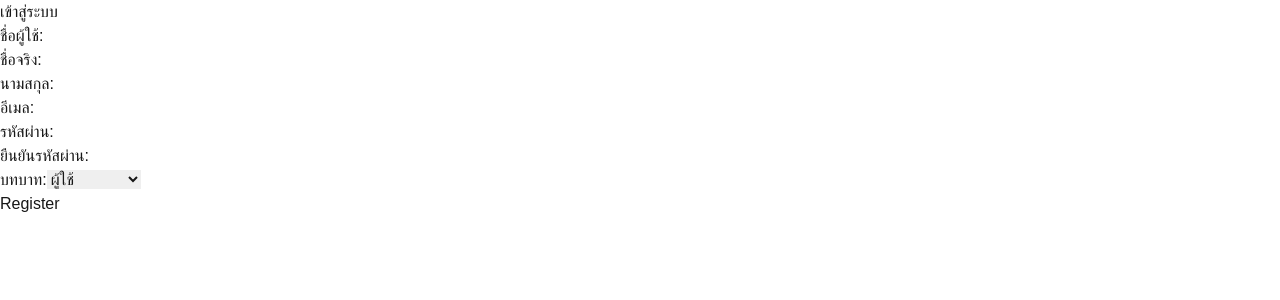
Repository: narawit101/project
Page: /login (app in frontend/)
The author's editor kept a copy of each file at every save. The page is drawn from the files as they stood at one save, then again after the next save.
The browser window is 1280 px wide. The pictures show the whole page.
The project was rebuilt for these pictures with package versions that can differ from the ones it lists, and the page was loaded fresh each time. The framework's server and built-in components were replaced by stand-ins that run in the browser. Also part of the build but not shown: frontend/next.config.mjs.

Above is the page before, as saved 2025-01-20 14:55:58.

### frontend/src/app/login/page.jsx
import React from 'react'
import Login from '../components/Login'

export default function page() {
  return (
    <Login></Login>
  )
}

### frontend/src/app/components/Login.jsx
'use client'
import React, { useState } from 'react';

export default function Register() {
  const [formData, setFormData] = useState({
    user_name: '',
    first_name: '',
    last_name: '',
    email: '',
    password: '',
    confirmPassword: '',
    role: 'customer'
  });

  const handleChange = (e) => {
    const { name, value } = e.target;
    setFormData({
      ...formData,
      [name]: value
    });
  };

  const handleSubmit = async (e) => {
    e.preventDefault();
    if (formData.password.length < 10) {
      alert('รหัสผ่านต้องมีอย่างน้อย 10 ตัวอักษร');
      return;
    }
    if (formData.password !== formData.confirmPassword) {
      alert('รหัสผ่านและการยืนยันรหัสผ่านไม่ตรงกัน');
      return;
    }
    try {
      console.log('Sending data:', formData); // เพิ่ม log ข้อมูลที่จะส่ง

      const response = await fetch('http://localhost:5000/register', {
        method: 'POST',
        headers: {
          'Content-Type': 'application/json'
        },
        body: JSON.stringify({
          user_name: formData.user_name,
          first_name: formData.first_name,
          last_name: formData.last_name,
          email: formData.email,
          password: formData.password,
          role: formData.role
        })
      });

      console.log('Response status:', response.status); // เพิ่ม log สถานะการตอบกลับ

      if (!response.ok) {
        const errorData = await response.json();
        console.error('Server Error:', errorData);
        alert(`ข้อผิดพลาด: ${errorData.message || 'การลงทะเบียนล้มเหลว'}`);
      } else {
        const data = await response.json();
        console.log('Success:', data); // เพิ่ม log ข้อมูลที่ได้รับ
        alert('ลงทะเบียนผู้ใช้สำเร็จ');
        // รีเซ็ตฟอร์มหลังจากส่งข้อมูลสำเร็จ
        setFormData({
          user_name: '',
          first_name: '',
          last_name: '',
          email: '',
          password: '',
          confirmPassword: '',
          role: 'customer'
        });
      }
    } catch (error) {
      console.error('Error:', error);
      alert('เกิดข้อผิดพลาดระหว่างการลงทะเบียน');
    }
  };

  return (
    <div>
      <h2>เข้าสู่ระบบ</h2>
      <form onSubmit={handleSubmit}>
        <div>
          <label htmlFor="user_name">ชื่อผู้ใช้:</label>
          <input type="text" id="user_name" name="user_name" value={formData.user_name} onChange={handleChange} />
        </div>
        <div>
          <label htmlFor="first_name">ชื่อจริง:</label>
          <input type="text" id="first_name" name="first_name" value={formData.first_name} onChange={handleChange} />
        </div>
        <div>
          <label htmlFor="last_name">นามสกุล:</label>
          <input type="text" id="last_name" name="last_name" value={formData.last_name} onChange={handleChange} />
        </div>
        <div>
          <label htmlFor="email">อีเมล:</label>
          <input type="email" id="email" name="email" value={formData.email} onChange={handleChange} />
        </div>
        <div>
          <label htmlFor="password">รหัสผ่าน:</label>
          <input type="password" id="password" name="password" value={formData.password} onChange={handleChange} />
        </div>
        <div>
          <label htmlFor="confirmPassword">ยืนยันรหัสผ่าน:</label>
          <input type="password" id="confirmPassword" name="confirmPassword" value={formData.confirmPassword} onChange={handleChange} />
        </div>
        <div>
          <label htmlFor="role">บทบาท:</label>
          <select id="role" name="role" value={formData.role} onChange={handleChange}>
            <option value="customer">ผู้ใช้</option>
            <option value="field_owner">เจ้าของสนาม</option>
            {/* <option value="admin">Admin</option> */}
          </select>
        </div>
        <button type="submit">Register</button>
      </form>
    </div>
  );
}

Loaded but not shown: frontend/src/app/layout.jsx (common file); frontend/src/app/globals.css (common file); frontend/tailwind.config.mjs (common file)

After the next save:
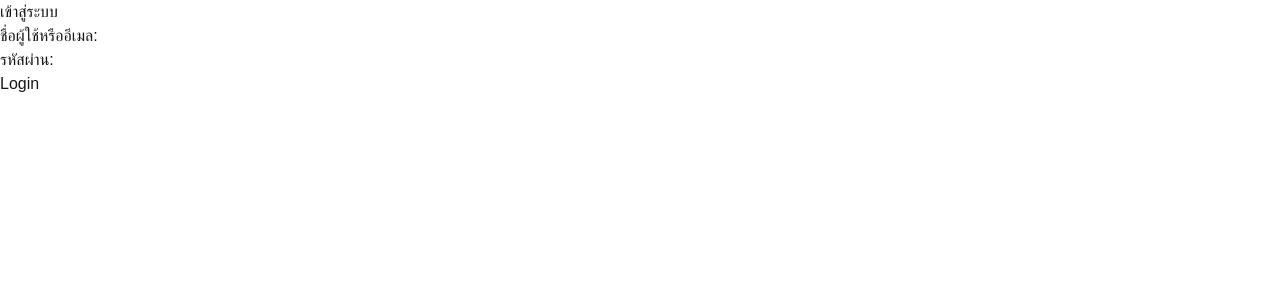
Saved 8 min 12 s later.
--- a/frontend/src/app/components/Login.jsx
+++ b/frontend/src/app/components/Login.jsx
@@ -1,117 +1,72 @@
-'use client'
+'use client';
 import React, { useState } from 'react';
 
-export default function Register() {
+export default function Login() {
   const [formData, setFormData] = useState({
-    user_name: '',
-    first_name: '',
-    last_name: '',
-    email: '',
-    password: '',
-    confirmPassword: '',
-    role: 'customer'
+    identifier: '', // รองรับทั้ง username และ email
+    password: '', // รหัสผ่าน
   });
 
+  const [message, setMessage] = useState(''); // ข้อความแจ้งเตือน
+
   const handleChange = (e) => {
-    const { name, value } = e.target;
-    setFormData({
-      ...formData,
-      [name]: value
-    });
+    const { name, value } = e.target; // ดึงชื่อฟิลด์และค่าจาก input
+    setFormData({ ...formData, [name]: value }); // อัปเดตข้อมูลใน state
   };
 
   const handleSubmit = async (e) => {
-    e.preventDefault();
-    if (formData.password.length < 10) {
-      alert('รหัสผ่านต้องมีอย่างน้อย 10 ตัวอักษร');
-      return;
-    }
-    if (formData.password !== formData.confirmPassword) {
-      alert('รหัสผ่านและการยืนยันรหัสผ่านไม่ตรงกัน');
-      return;
-    }
+    e.preventDefault(); // ป้องกันการ refresh หน้าเว็บ
+
     try {
-      console.log('Sending data:', formData); // เพิ่ม log ข้อมูลที่จะส่ง
-
-      const response = await fetch('http://localhost:5000/register', {
-        method: 'POST',
+      const response = await fetch('http://localhost:5000/login', {
+        method: 'POST', // ใช้ HTTP POST สำหรับส่งข้อมูล
         headers: {
-          'Content-Type': 'application/json'
+          'Content-Type': 'application/json', // ระบุว่าเราส่งข้อมูลแบบ JSON
         },
-        body: JSON.stringify({
-          user_name: formData.user_name,
-          first_name: formData.first_name,
-          last_name: formData.last_name,
-          email: formData.email,
-          password: formData.password,
-          role: formData.role
-        })
+        body: JSON.stringify(formData), // ส่งข้อมูล formData ไปยังเซิร์ฟเวอร์
       });
 
-      console.log('Response status:', response.status); // เพิ่ม log สถานะการตอบกลับ
+      if (!response.ok) {
+        const errorData = await response.json(); // รับข้อมูลข้อผิดพลาดจากเซิร์ฟเวอร์
+        setMessage(errorData.message || 'เกิดข้อผิดพลาด'); // แสดงข้อความข้อผิดพลาด
+        return;
+      }
 
-      if (!response.ok) {
-        const errorData = await response.json();
-        console.error('Server Error:', errorData);
-        alert(`ข้อผิดพลาด: ${errorData.message || 'การลงทะเบียนล้มเหลว'}`);
-      } else {
-        const data = await response.json();
-        console.log('Success:', data); // เพิ่ม log ข้อมูลที่ได้รับ
-        alert('ลงทะเบียนผู้ใช้สำเร็จ');
-        // รีเซ็ตฟอร์มหลังจากส่งข้อมูลสำเร็จ
-        setFormData({
-          user_name: '',
-          first_name: '',
-          last_name: '',
-          email: '',
-          password: '',
-          confirmPassword: '',
-          role: 'customer'
-        });
-      }
+      const data = await response.json(); // รับข้อมูลจากเซิร์ฟเวอร์
+      setMessage(`ยินดีต้อนรับ, ${data.user.first_name}`); // แสดงข้อความต้อนรับ
+      console.log('User data:', data); // แสดงข้อมูลผู้ใช้ใน console
     } catch (error) {
-      console.error('Error:', error);
-      alert('เกิดข้อผิดพลาดระหว่างการลงทะเบียน');
+      console.error('Error:', error); // แสดงข้อผิดพลาดใน console
+      setMessage('เกิดข้อผิดพลาดระหว่างเข้าสู่ระบบ'); // แสดงข้อความข้อผิดพลาดทั่วไป
     }
   };
 
   return (
     <div>
       <h2>เข้าสู่ระบบ</h2>
+      {message && <p>{message}</p>} {/* แสดงข้อความแจ้งเตือน */}
       <form onSubmit={handleSubmit}>
         <div>
-          <label htmlFor="user_name">ชื่อผู้ใช้:</label>
-          <input type="text" id="user_name" name="user_name" value={formData.user_name} onChange={handleChange} />
-        </div>
-        <div>
-          <label htmlFor="first_name">ชื่อจริง:</label>
-          <input type="text" id="first_name" name="first_name" value={formData.first_name} onChange={handleChange} />
-        </div>
-        <div>
-          <label htmlFor="last_name">นามสกุล:</label>
-          <input type="text" id="last_name" name="last_name" value={formData.last_name} onChange={handleChange} />
-        </div>
-        <div>
-          <label htmlFor="email">อีเมล:</label>
-          <input type="email" id="email" name="email" value={formData.email} onChange={handleChange} />
+          <label htmlFor="identifier">ชื่อผู้ใช้หรืออีเมล:</label>
+          <input
+            type="text"
+            id="identifier"
+            name="identifier"
+            value={formData.identifier}
+            onChange={handleChange}
+          />
         </div>
         <div>
           <label htmlFor="password">รหัสผ่าน:</label>
-          <input type="password" id="password" name="password" value={formData.password} onChange={handleChange} />
+          <input
+            type="password"
+            id="password"
+            name="password"
+            value={formData.password}
+            onChange={handleChange}
+          />
         </div>
-        <div>
-          <label htmlFor="confirmPassword">ยืนยันรหัสผ่าน:</label>
-          <input type="password" id="confirmPassword" name="confirmPassword" value={formData.confirmPassword} onChange={handleChange} />
-        </div>
-        <div>
-          <label htmlFor="role">บทบาท:</label>
-          <select id="role" name="role" value={formData.role} onChange={handleChange}>
-            <option value="customer">ผู้ใช้</option>
-            <option value="field_owner">เจ้าของสนาม</option>
-            {/* <option value="admin">Admin</option> */}
-          </select>
-        </div>
-        <button type="submit">Register</button>
+        <button type="submit">Login</button>
       </form>
     </div>
   );
